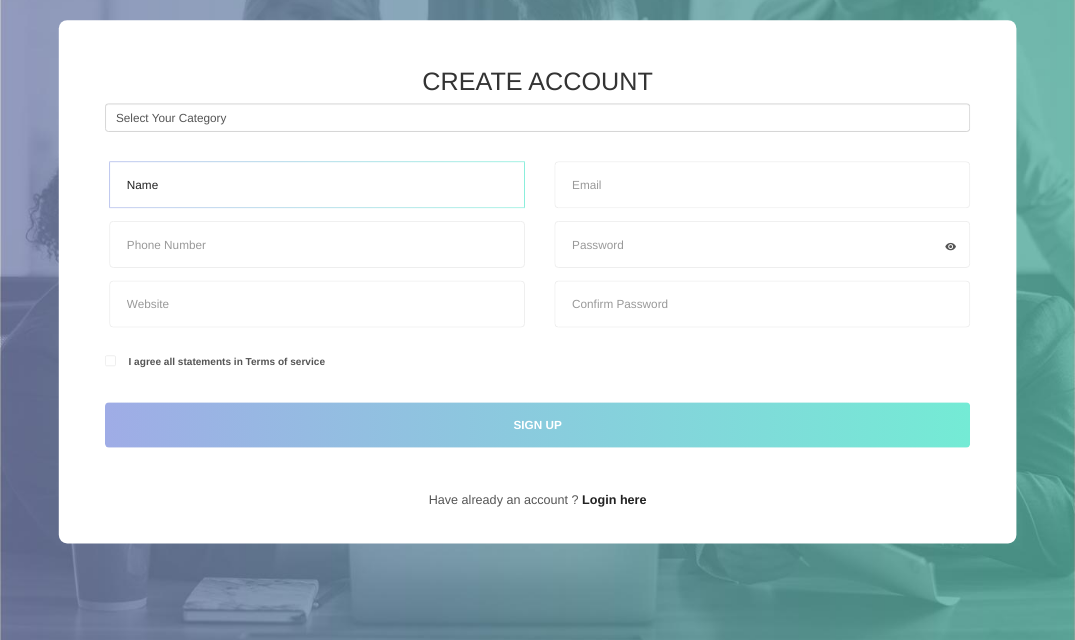
Repository: zainbt/Career_Bridge
Page: static/register/register.html
These files come from the project's save history. The page is drawn as it stood at one moment and after the next save; the edit follows.
The browser window is 1280 px wide. The pictures show the whole page, at 84% of full size.
The first visible `.form-input` has the focus.

Above is the page before, as saved 2019-11-18 18:42:45.

After the next save:
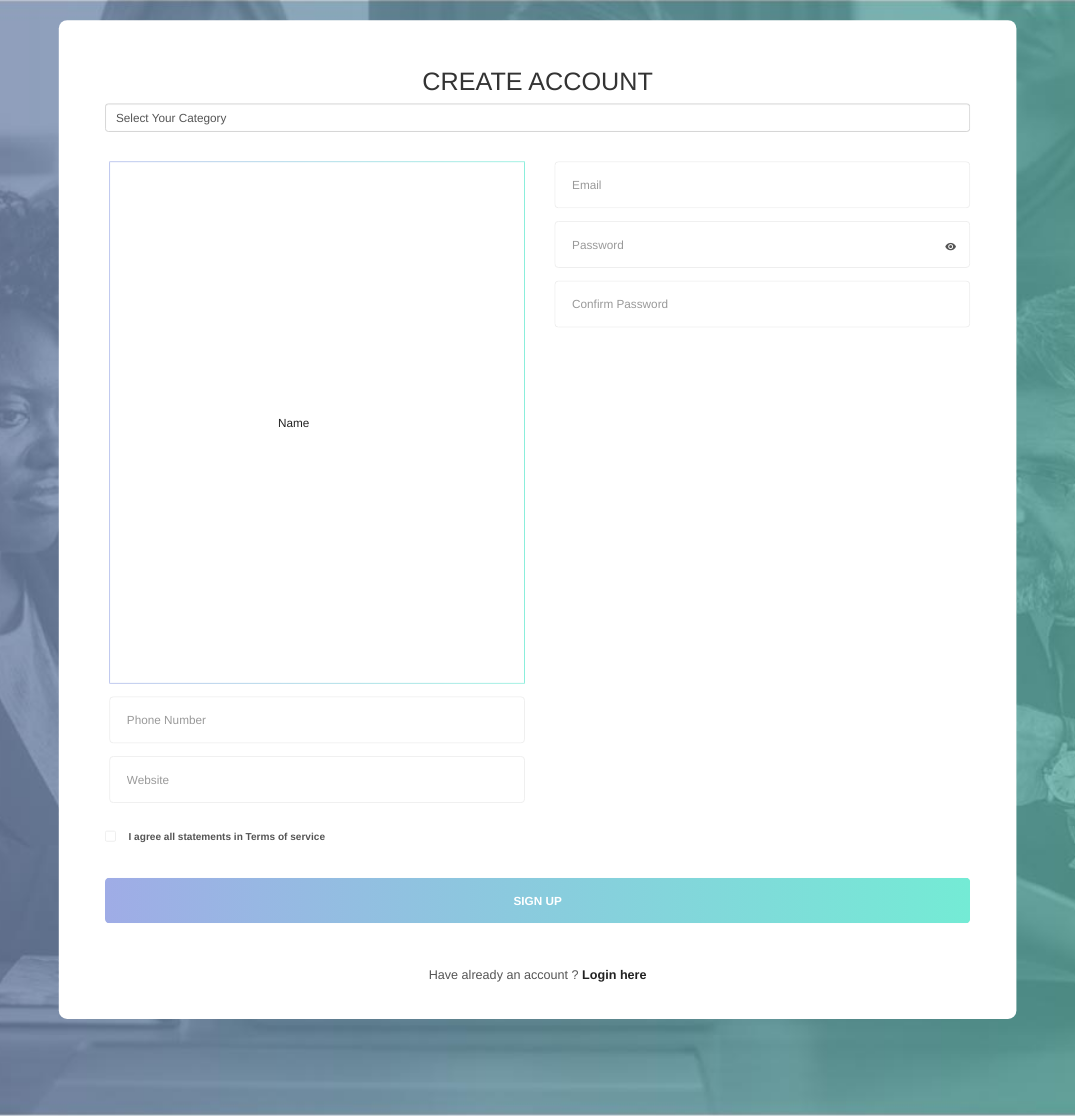
Saved 7 min 5 s later.
--- a/static/register/css/style.css
+++ b/static/register/css/style.css
@@ -323,6 +323,7 @@
     -ms-border-radius: 5px;
     background-origin: border-box;
     background-clip: content-box, border-box;
+    padding: 300px 200px;
 }
 
 .form-input:focus::-webkit-input-placeholder {

After the save that followed:
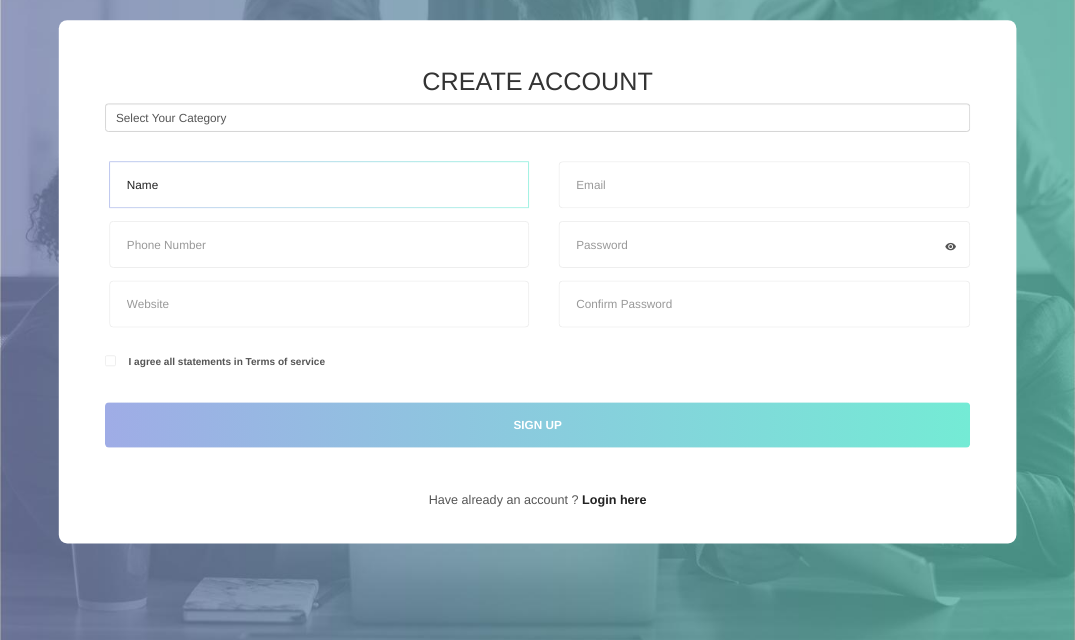
Saved 86 s later.
--- a/static/register/css/style.css
+++ b/static/register/css/style.css
@@ -323,7 +323,7 @@
     -ms-border-radius: 5px;
     background-origin: border-box;
     background-clip: content-box, border-box;
-    padding: 300px 200px;
+    width: 500px;
 }
 
 .form-input:focus::-webkit-input-placeholder {
